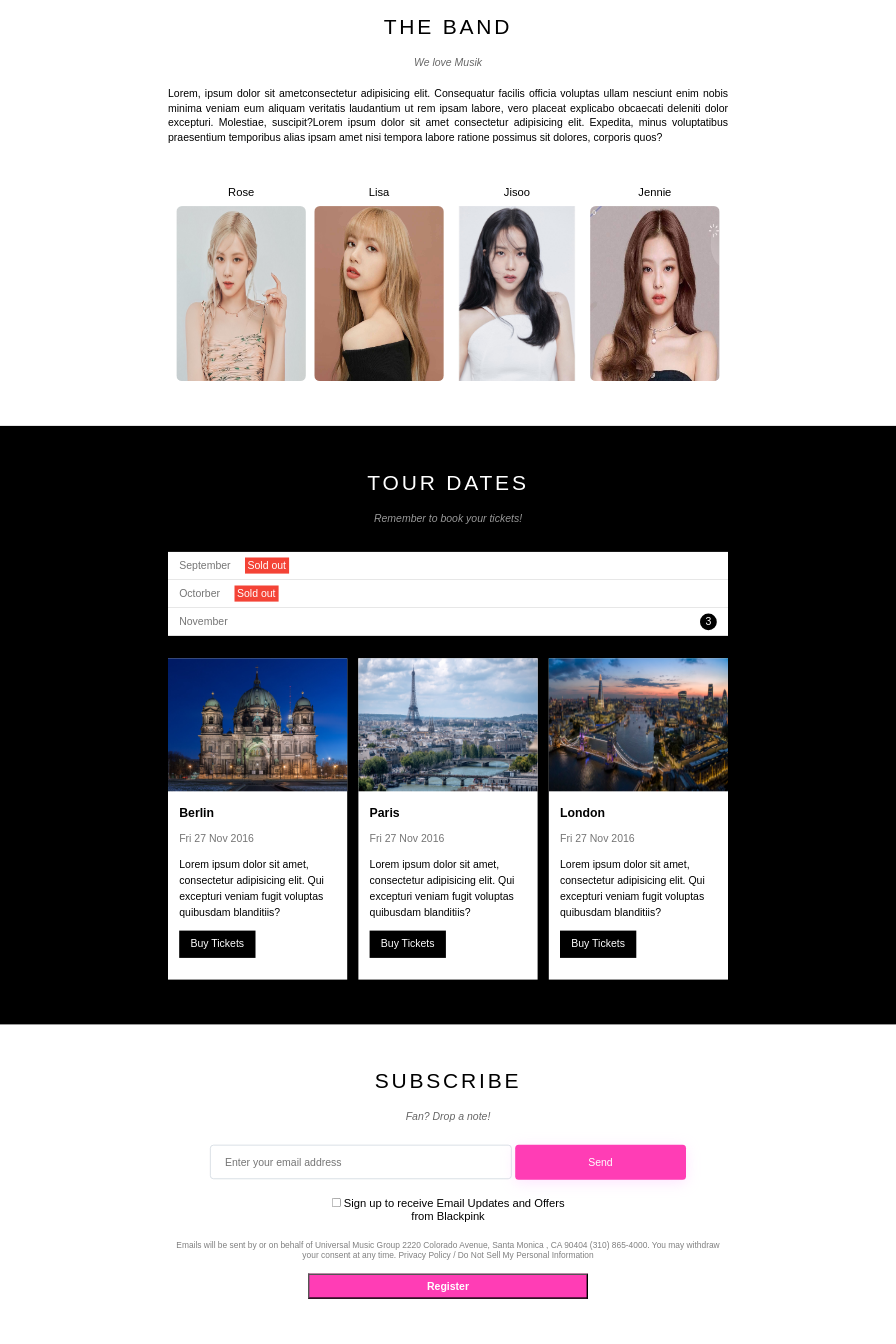
Repository: AiTrinh303/First-Project
Page: /
The author's editor kept a copy of each file at every save. The page is drawn from the files as they stood at one save, then again after the next save.
The browser window is 1280 px wide. The pictures show the part of the page from y = 728 to 2648 px (the page is 2648 px tall before and 2646 px after), at 70% of full size.
The project was rebuilt for these pictures with package versions that can differ from the ones it lists, and the page was loaded fresh each time.

Above is the page before, as saved 2024-01-23 10:27:50.

### index.html
<!DOCTYPE html>
<html lang="en">
<head>
    <meta charset="UTF-8">
    <meta name="viewport" content="width=device-width, initial-scale=1.0">
    <title>Singer Website</title>
    <link rel="stylesheet" href="./fonts/themify-icons-font/themify-icons/themify-icons.css">
    <link rel="stylesheet" href="./src/styles/main.css">
</head>
<body>
   <div id="main">

        <div id="header">
            <ul id="nav">
                <li><a href="">Home</a></li>
                <li><a href="">Band</a></li>
                <li><a href="">Tour</a></li>
                <li><a href="">Contact</a></li>
                <li>
                    <a href="#">
                        More
                        <i class="nav-arrown-down ti-angle-down"></i>
                     </a>
                    <ul class="subnav">
                        <li><a href="">Merchandise</a></li>
                        <li><a href="">Extras</a></li>
                        <li><a href="">Media</a></li>
                    </ul>
                </li>
            </ul>

            <div class="search-btn">
                <i class="search-icon ti-search"></i>

            </div>
        </div>

        <div id="slider">

            <div class="text-content">
                <h2 class="text-heading">Black Pink</h2>
                <p class="text-description">Lorem ipsum dolor, sit amet consectetur adipisicing elit. Harum, nemo!</p>
            </div>

        </div>

        <div id="content">
            <!-- About Section -->
            <div class="content-section">
                <h2 class="section-heading">THE BAND</h2>
                <p class="section-sub-heading">We love Musik</p>
                <p class="about-text">Lorem, ipsum dolor sit ametconsectetur adipisicing elit. Consequatur facilis officia voluptas ullam nesciunt enim nobis minima veniam eum aliquam veritatis laudantium ut rem ipsam labore, vero placeat explicabo obcaecati deleniti dolor excepturi. Molestiae, suscipit?Lorem ipsum dolor sit amet consectetur adipisicing elit. Expedita, minus voluptatibus praesentium temporibus alias ipsam amet nisi tempora labore ratione possimus sit dolores, corporis quos?</p>

                <div class="members-list">
                    <div class="member-item">
                        <p class="member-name">Rose</p>
                        <img src="./src/img/rose.png " alt="Rose" class="member-img" >
                    </div>

                    <div class="member-item">
                        <p class="member-name">Lisa</p>
                        <img src="./src/img/Lisa2.jpg" alt="Lisa" class="member-img" >
                    </div>

                    <div class="member-item">
                        <p class="member-name">Jisoo</p>
                        <img src="./src/img/jisoo.jpeg" alt="Jisoo" class="member-img" >
                    </div>

                    <div class="member-item">
                        <p class="member-name">Jennie</p>
                        <img src="./src/img/Jennie.jpg" alt="Jennie" class="member-img" >
                    </div>
                </div>
            </div>

            <!-- Tour Section -->
            <div class="tour-section">

                <div class="content-section">
                    <h2 class="section-heading text-white">TOUR DATES</h2>
                    <p class="section-sub-heading text-white">Remember to book your tickets!</p>

                    <ul class="tickets-list">
                        <li>September <span class="sold-out">Sold out</span></li>
                        <li>Octorber <span class="sold-out">Sold out</span></li>
                        <li>November <span class="quantity">3</span></li>
                    </ul>

                    <div class="places-list">
                        <div class="place-item">
                            <img src="./src/img/Berlin.jpg" alt="Berlin" class="place-img" >
                            <div class="place-body">
                                <h3 class="place-heading">Berlin</h3>
                                <p class="place-time">Fri 27 Nov 2016</p>
                                <p class="place-desc">Lorem ipsum dolor sit amet, consectetur adipisicing elit. Qui excepturi veniam fugit voluptas quibusdam blanditiis?</p>
                                <a href="#" class="place-btn">Buy Tickets</a>
                            </div>
                        </div>

                        <div class="place-item">
                            <img src="./src/img/Paris.jpg" alt="Paris" class="place-img" >
                            <div class="place-body">
                                <h3 class="place-heading">Paris</h3>
                                <p class="place-time">Fri 27 Nov 2016</p>
                                <p class="place-desc">Lorem ipsum dolor sit amet, consectetur adipisicing elit. Qui excepturi veniam fugit voluptas quibusdam blanditiis?</p>
                                <a href="#" class="place-btn">Buy Tickets</a>
                            </div>
                        </div>

                        <div class="place-item">
                            <img src="./src/img/London.jpeg" alt="London" class="place-img">
                            <div class="place-body">
                                <h3 class="place-heading">London</h3>
                                <p class="place-time">Fri 27 Nov 2016</p>
                                <p class="place-desc">Lorem ipsum dolor sit amet, consectetur adipisicing elit. Qui excepturi veniam fugit voluptas quibusdam blanditiis?</p>
                                <a href="#" class="place-btn">Buy Tickets</a>
                            </div>
                        </div>
                    </div>
                </div>

            </div>

            <!-- Contact Section -->
            <!-- Contact -->
            <div id="contact">
                <div class="content-section">
                    <h2 class="section-heading">SUBSCRIBE</h2>
                    <p class="section-sub-heading">Fan? Drop a note!</p>
                    <div class="form-wrap">

                        <div class="form">
                            <input type="email" class="form__email" placeholder="Enter your email address" />
                            <button class="form__button">Send</button>
                        </div>
                        <div class="notice">
                            <input type="checkbox">
                            <span class="notice__copy">Sign up to receive Email Updates and Offers from Blackpink</span>
                        </div>
                        <p class="form-notice">Emails will be sent by or on behalf of Universal Music Group 2220 Colorado Avenue, Santa Monica , CA 90404 (310) 865-4000. You may withdraw your consent at any time. Privacy Policy / Do Not Sell My Personal Information</p>

                        <button class="form-btn">Register</button>
                    </div>
                </div>
            </div>






        <div id="footer">

        </div>

   </div>
</body>
</html>

### src/styles/main.css
* {
  padding: 0;
  margin: 0;
  box-sizing: border-box;
}

html {
  scroll-behavior: smooth;
  font-family: Arial, Helvetica, sans-serif;
}

.text-white {
  color: white;
}

#header {
  height: 46px;
  background-color: #000;
  position: fixed;
  top: 0;
  left: 0;
  right: 0;
  z-index: 1;
}

#nav {
  display: inline-block;
}

#nav, .subnav {
  list-style: none;
}

#nav > li {
  display: inline-block;
}

#nav li {
  position: relative;
}

#nav > li > a {
  color: #fff;
  text-transform: uppercase;
}

#nav li a {
  color: #fff;
  text-decoration: none;
  line-height: 46px;
  padding: 0 24px;
  display: block;
}

#nav li:hover .subnav {
  display: block;
}

#nav > li:hover > a,
#nav .subnav li:hover a {
  color: #000;
  background-color: #ccc;
}

#nav .subnav {
  display: none;
  min-width: 160px;
  position: absolute;
  background-color: #fff;
  box-shadow: 0 0 10px rgba(0, 0, 0, 0.3);
  top: 100%;
  left: 0;
}

#nav .nav-arrown-down {
  font-size: 14px;
}

#nav .subnav a {
  color: #000;
  padding: 0 12px;
  line-height: 38px;
}

#header .search-btn {
  float: right;
  padding: 0 21px;
}

#header .search-btn:hover {
  background-color: #f44336;
  cursor: pointer;
}

#header .search-icon {
  color: #fff;
  font-size: 20px;
  line-height: 46px;
}

#slider {
  position: relative;
  margin-top: 46px;
  padding-top: 50%;
  background: url("../img/slider-1.jpg") center/100% no-repeat;
}

#slider .text-content {
  position: absolute;
  bottom: 47px;
  color: #fff;
  width: 100%;
  text-align: center;
}

#slider .text-heading {
  font-weight: 500;
  font-size: 24px;
}

#slider .text-decoration {
  font-size: 15px;
  margin-top: 25px;
}

#content .content-section {
  width: 800px;
  padding: 64px 0;
  margin-left: auto;
  margin-right: auto;
}

#content .section-heading {
  font-size: 30px;
  font-weight: 500;
  letter-spacing: 4px;
  text-align: center;
}

#content .section-sub-heading {
  font-size: 15px;
  margin-top: 25px;
  text-align: center;
  font-style: italic;
  opacity: 0.6;
}

#content .about-text {
  margin-top: 25px;
  font-size: 15px;
  text-align: justify;
  line-height: 1.4;
}

#content .member-item {
  display: flex;
  flex-direction: column;
  align-items: center;
}

#content .member-name {
  line-height: 2.5;
}

#content .members-list {
  margin-top: 48px;
  display: flex;
  justify-content: space-evenly;
}

#content .member-img {
  width: 185px;
  min-height: 250px;
  border-radius: 8px;
}

.tour-section {
  background: #000;
}

.tickets-list {
  background-color: #fff;
  margin-top: 40px;
}

.tickets-list li {
  font-size: 15px;
  color: #757575;
  padding: 11px 16px;
  border-bottom: 1px solid #ddd;
  list-style-type: none;
}

.tickets-list .sold-out {
  background-color: #f44336;
  color: #fff;
  padding: 3px 4px;
  margin-left: 16px;
}

.tickets-list .quantity {
  float: right;
  width: 24px;
  height: 24px;
  background-color: #000;
  color: #fff;
  border-radius: 50%;
  text-align: center;
  line-height: 24px;
  margin-top: -3px;
}

.places-list {
  display: flex;
  gap: 16px;
  justify-content: space-between;
  margin-top: 32px;
}

.places-list .place-item {
  background-color: #fff;
}

.places-list .place-img {
  width: 100%;
  height: 190px;
}

.places-list .place-img:hover {
  opacity: 0.6;
  cursor: pointer;
}

.places-list .place-body {
  padding: 15px 16px;
  min-height: 205px;
  font-size: 15px;
  line-height: 22.5px;
}

.place-body .place-heading {
  font-weight: 700;
}

.place-body .place-time {
  margin: 15px 0;
  color: #757575;
}

.place-body .place-btn {
  align-items: flex-start;
  background-color: #000;
  display: inline-block;
  font-size: 15px;
  line-height: 22.5px;
  margin: 15px 0px 16px 0px;
  padding: 8px 16px;
  text-align: center;
  color: #fff;
  text-decoration: none;
}

.place-body .place-btn:hover {
  color: #000;
  background-color: #ccc;
}


/* contact form */

.form-wrap{

  margin-top: 32px;
  text-align: center;
  display: flex;
  flex-direction: column;
  align-items: center;

}
.form {
margin-bottom: 25px;
}

.form__email {
padding: 15px 20px;
border-radius: 5px;
border: 1px solid #CAD3DB;
width: 431px;
font-size: 15px;
color: #0F121F;
}

.form__email:focus {
outline: 1px solid #ff3db5;
}

.form__button {
background: #ff3db5;
padding: 5px;
border: none;
width: 244px;
height: 50px;
border-radius: 5px;
font-size: 15px;
color: white;
box-shadow: 0 4px 20px rgba(254, 216, 255, 0.7);
}

.form__button:hover {
box-shadow: 0 10px 20px rgba(254, 216, 255, 0.7);
}

.notice {
width: 345px;
}

.form-notice{
  font-size: 12px;
  margin-top: 25px;
  color: grey;
}

.form-btn{
  width: 400px;
  line-height: 32px;
  margin-top: 20px;
  font-size: 15px;
  font-weight: 700;
  color: #fff;
  background-color: #ff3db5;
  border: 1px solid grey
  box-shadow: 0 4px 20px rgba(254, 216, 255, 0.7);
}


#footer{

}

Loaded but not shown: fonts/themify-icons-font/themify-icons/themify-icons.css (common file)

After the next save:
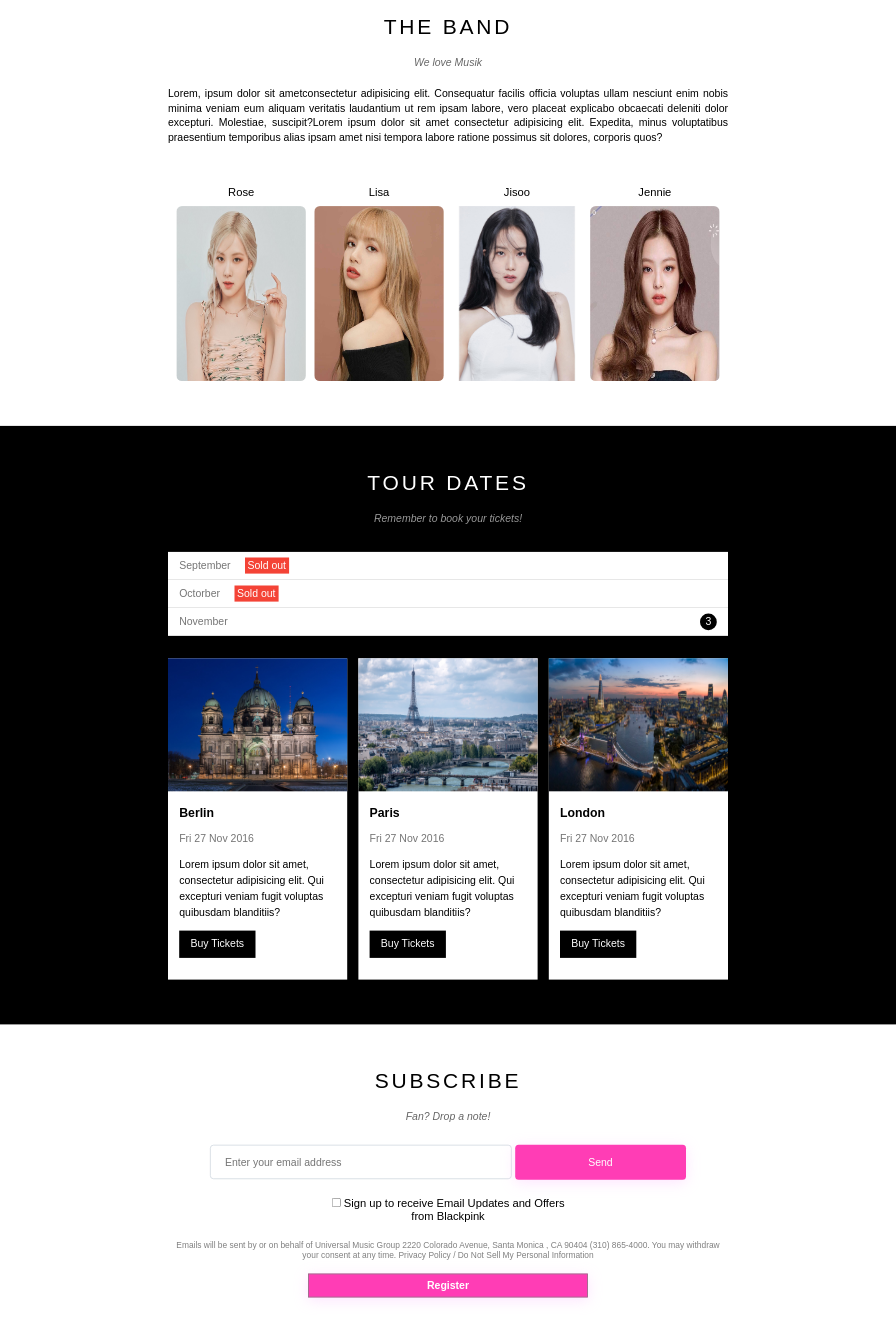
Saved 4 s later.
--- a/src/styles/main.css
+++ b/src/styles/main.css
@@ -328,7 +328,7 @@ width: 345px;
   font-weight: 700;
   color: #fff;
   background-color: #ff3db5;
-  border: 1px solid grey
+  border: 1px solid grey;
   box-shadow: 0 4px 20px rgba(254, 216, 255, 0.7);
 }
 
